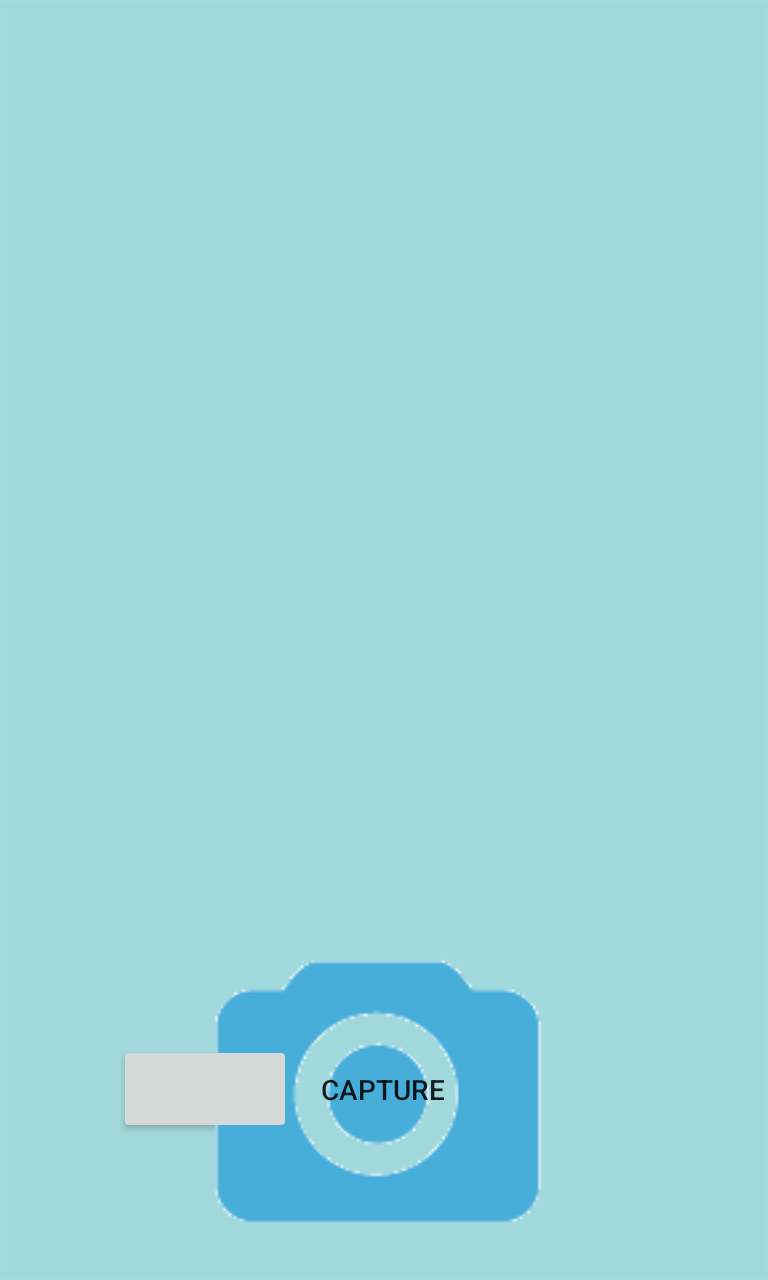
Repository: jucasoliveira/crazycameraapp
Layout: CrazyCameraCp/res/layout/activity_main.xml
These files come from the project's save history. The layout is drawn as it stood at one moment and after the next save; the edit follows.
It is drawn on a 768 x 1280 px phone screen (xhdpi) without system bars, with theme AppTheme; the app's code is not run.

Above is the layout before, as saved 2015-04-16 23:06:48.

### CrazyCameraCp/res/layout/activity_main.xml
<?xml version="1.0" encoding="utf-8"?>
<LinearLayout xmlns:android="http://schemas.android.com/apk/res/android"
    android:orientation="vertical"
    android:layout_width="fill_parent"
    android:layout_height="fill_parent"
    android:background="@drawable/bluetint"
    >
  <FrameLayout
    android:id="@+id/camera_preview"
    android:layout_width="fill_parent"
    android:layout_height="fill_parent"
    android:layout_weight="1"
    />

  <Button
    android:id="@+id/button_capture"
    android:text="Capture"
    android:layout_width="wrap_content"
    android:layout_height="wrap_content"
    android:layout_gravity="center"
    android:layout_marginTop="10dp"
    android:layout_marginLeft="0dp"
    android:background="@drawable/iconcamera"
    />

   <Button
    android:id="@+id/button_rotate"
    android:layout_width="wrap_content"
    android:layout_height="wrap_content"
    android:layout_gravity="center"
    android:layout_marginTop="-120dp"
    android:layout_marginLeft="-90dp"
    android:drawable="@drawable/icon_rotate"
    />

</LinearLayout>

Loaded but not shown: CrazyCameraCp/res/values/styles.xml (common file); CrazyCameraCp/res/values-v11/styles.xml (common file); CrazyCameraCp/res/values-v14/styles.xml (common file)

After the next save:
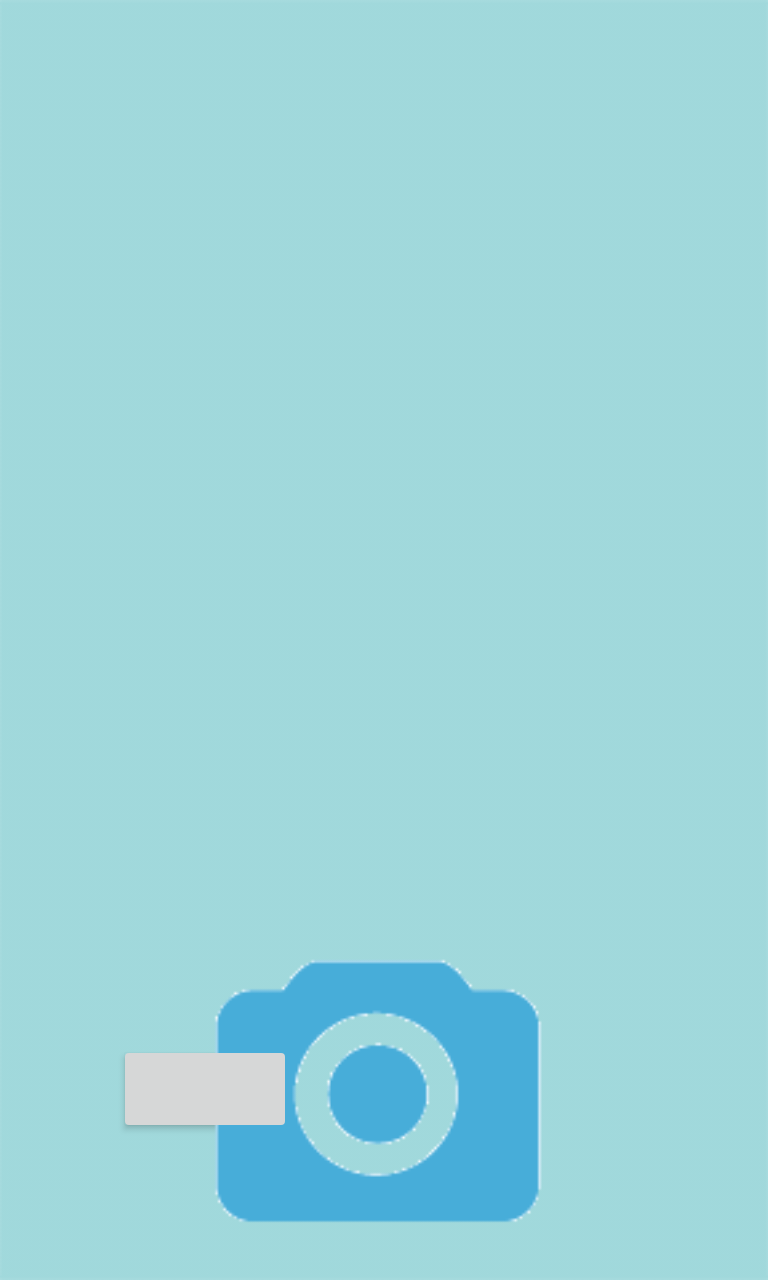
Saved 35 s later.
--- a/CrazyCameraCp/res/layout/activity_main.xml
+++ b/CrazyCameraCp/res/layout/activity_main.xml
@@ -14,7 +14,6 @@
 
   <Button
     android:id="@+id/button_capture"
-    android:text="Capture"
     android:layout_width="wrap_content"
     android:layout_height="wrap_content"
     android:layout_gravity="center"
